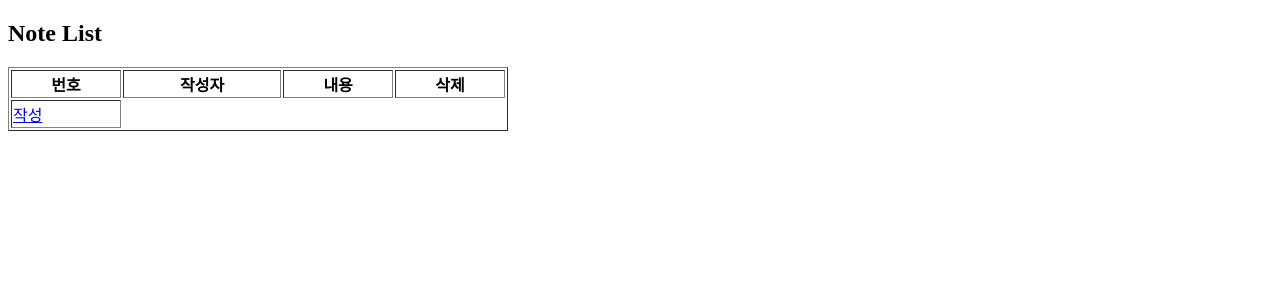
Repository: zboizz/springPractice
Page: http://localhost/springNote/list
The author's editor kept a copy of each file at every save. The page is drawn from the files as they stood at one save, then again after the next save.
The browser window is 1280 px wide. The pictures show the whole page.
The page is served by Tomcat 9. Other server files are loaded and not shown. Queries for data that is not in the repository find no rows.

Above is the page before, as saved 2020-01-08 01:49:30.

### springNote/src/main/webapp/WEB-INF/views/noteList.jsp
<%@ page contentType="text/html; charset=UTF-8"%>
<%@taglib prefix="c" uri="http://java.sun.com/jsp/jstl/core"%>
<!DOCTYPE html>
<html>
<head>
<meta charset="UTF-8">
<title>Insert title here</title>
</head>
<body>
<h2>Note List</h2>
<table border="1" width="500">
	<tr>
		<th>번호</th>
		<th>작성자</th>
		<th>내용</th>
		<th>삭제</th>
	</tr>
<!-- noteListCommand의 list값을 가져온다. -->
<c:forEach var="dto" items="${list}">
	<tr>
		<td>${dto.id}</td>
		<td>${dto.writer}</td>
		<td>${dto.content}</td>
		<td><a href="delete?id=${dto.id}">삭제</a></td>
	</tr>
</c:forEach>
	<tr>
		<td>
		<a href="noteForm">작성</a>
		</td>
	</tr>
</table>
</body>
</html>

### springNote/src/main/java/com/bit/springNote/command/NoteListCommand.java
package com.bit.springNote.command;

import java.util.ArrayList;

import org.springframework.ui.Model;

import com.bit.springNote.dao.NoteDao;
import com.bit.springNote.dto.NoteDto;

public class NoteListCommand implements noteCommand {
	@Override
	public void execute(Model model) {
		NoteDao dao = new NoteDao();
		ArrayList<NoteDto> dtos = dao.list();
		model.addAttribute("list",dtos);
	}

}

### springNote/src/main/java/com/bit/springNote/dao/NoteDao.java
package com.bit.springNote.dao;

import java.sql.Connection;
import java.sql.PreparedStatement;
import java.sql.ResultSet;
import java.util.ArrayList;

import javax.naming.Context;
import javax.naming.InitialContext;
import javax.sql.DataSource;

import com.bit.springNote.dto.NoteDto;

public class NoteDao {

	DataSource ds;

	public NoteDao() {
		try {
			Context context = new InitialContext();
			ds=(DataSource)context.lookup("java:comp/env/jdbc/Oracle11g");
			//server.xml 세팅값: jdbc/Oracle11g
		} catch (Exception e) {
			e.printStackTrace();
		}
	}

	//write
	public void write(String writer, String content) {
		Connection con =null;
		PreparedStatement pstmt=null;
		String sql = null;

		try {
			con = ds.getConnection();
			sql = "insert into tblNote (id, writer, content) values (tblNoteSeq.nextval, ?, ?)";
			pstmt = con.prepareStatement(sql);
			pstmt.setString(1, writer);
			pstmt.setString(2, content);
			pstmt.executeUpdate();
		} catch (Exception e) {
			// TODO: handle exception
		}finally {
			try {
				if(pstmt!=null) pstmt.close();
				if(con!=null) con.close();
			} catch (Exception e2) {
				e2.printStackTrace();
			}
		}
	}
	//list
	public ArrayList<NoteDto> list(){
		Connection con = null;
		PreparedStatement pstmt = null;
		ResultSet rs = null;
		ArrayList<NoteDto> dtos = new ArrayList<NoteDto>();
		try {
			con = ds.getConnection();
			String sql = "select * from tblNote order by id desc";
			pstmt = con.prepareStatement(sql);
			rs = pstmt.executeQuery();
			while(rs.next()) {
				int id = rs.getInt("id");
				String writer = rs.getString("writer");
				String content = rs.getString("content");
				NoteDto dto = new NoteDto(id, writer, content);
				dtos.add(dto);
			}
		} catch (Exception e) {
			e.printStackTrace();
		} finally {
			try {
				if (rs != null) rs.close();
				if (pstmt != null) pstmt.close();
				if (con != null) con.close();
			} catch (Exception e2) {
				e2.printStackTrace();
			}
		}
		return dtos;
	}
	//delete
	public void delete(String id) {
		Connection con = null;
		PreparedStatement pstmt = null;
		try {
			con = ds.getConnection();
			String sql = "delete from tblNote where id = ?";
			pstmt = con.prepareStatement(sql);
			pstmt.setInt(1, Integer.parseInt(id));
			pstmt.executeUpdate();
		} catch (Exception e) {
			e.printStackTrace();
		} finally {
			try {
				if (pstmt != null) pstmt.close();
				if (con != null) con.close();
			} catch (Exception e2) {
				e2.printStackTrace();
			}
		}
	}

}

After the next save:
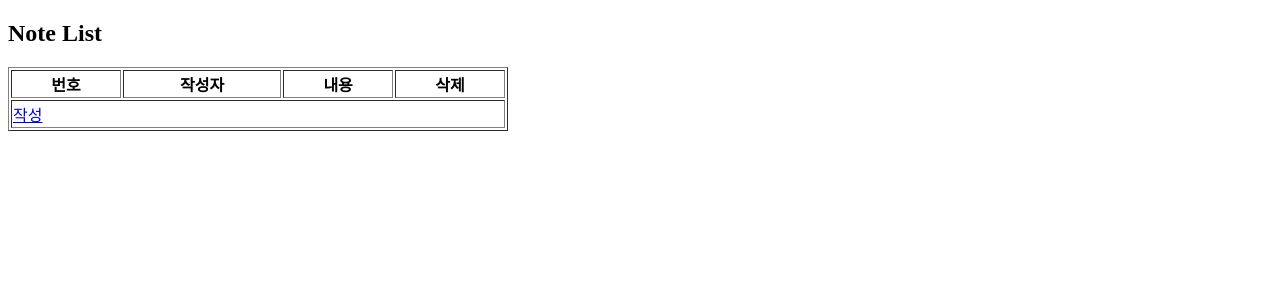
Saved 18 s later.
--- a/springNote/src/main/webapp/WEB-INF/views/noteList.jsp
+++ b/springNote/src/main/webapp/WEB-INF/views/noteList.jsp
@@ -25,7 +25,7 @@
 	</tr>
 </c:forEach>
 	<tr>
-		<td>
+		<td colspan="4">
 		<a href="noteForm">작성</a>
 		</td>
 	</tr>
